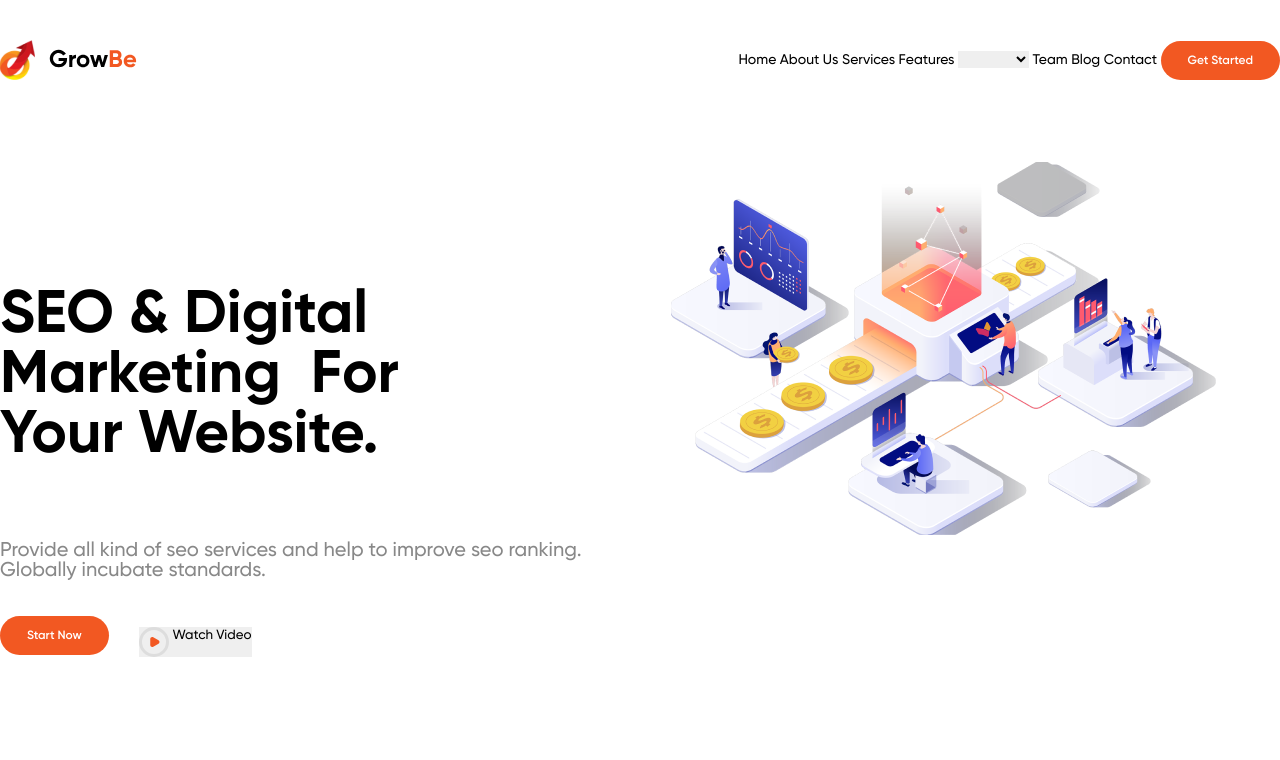
Repository: Alekseiy1980/GrowBe
Page: index.html
The author's editor kept a copy of each file at every save. The page is drawn from the files as they stood at one save, then again after the next save.
The browser window is 1280 px wide. The pictures show the whole page.

Above is the page before, as saved 2024-01-20 13:47:10.

After the next save:
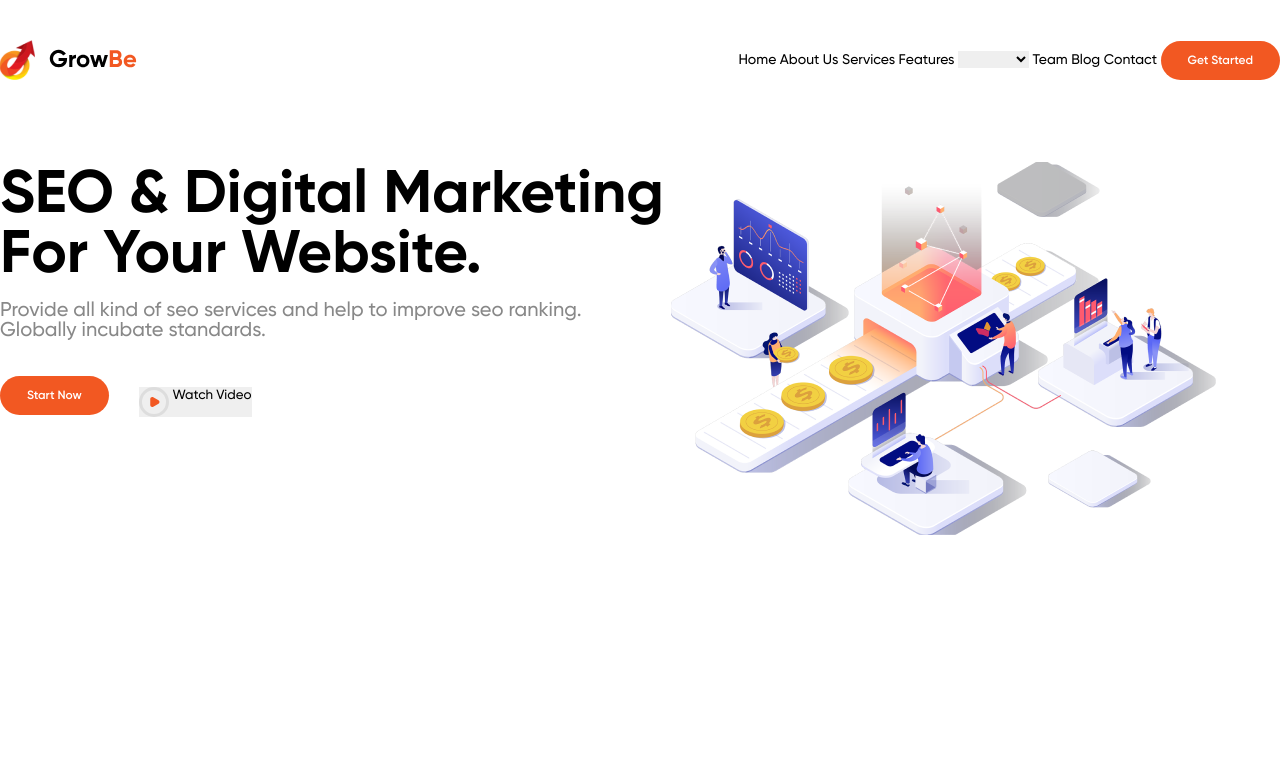
Saved 60 s later.
--- a/css/style.css
+++ b/css/style.css
@@ -76,8 +76,8 @@ header {
 
 .home_content{
     justify-content: center;
-
-
+    white-space: pre-wrap;
+    width: 522px;
 }
 
 .home_title{
@@ -87,8 +87,8 @@ header {
     margin-bottom: 17px;
     /* padding-right: 40px; */
     /* padding-top: 80px; */
-    width: 522px;
-    white-space: pre-wrap;
+
+
 }
 
 .sub_title{
